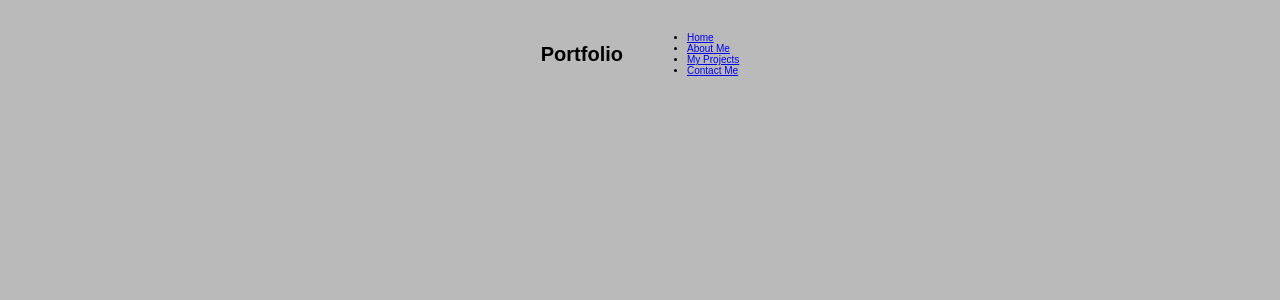
Repository: ChristianGecchelin/portfolio-web
Page: /
These files come from the project's save history. The page is drawn as it stood at one moment and after the next save; the edit follows.
The browser window is 1280 px wide. The pictures show the whole page.
The project was rebuilt for these pictures with package versions that can differ from the ones it lists, and the page was loaded fresh each time.

Above is the page before, as saved 2022-01-20 16:41:32.

After the next save:
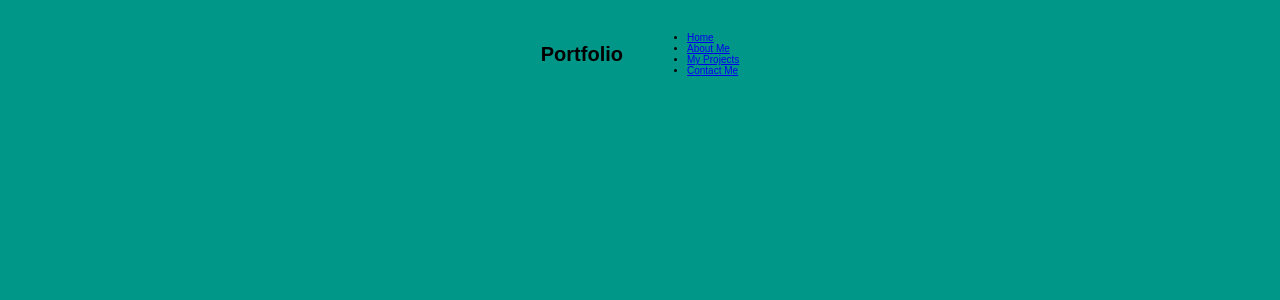
Saved 32 s later.
--- a/src/index.css
+++ b/src/index.css
@@ -8,5 +8,5 @@
   font-family: "DM Sans", sans-serif;
 }
 body {
-  background: #bababa;
+  background: #009688;
 }
